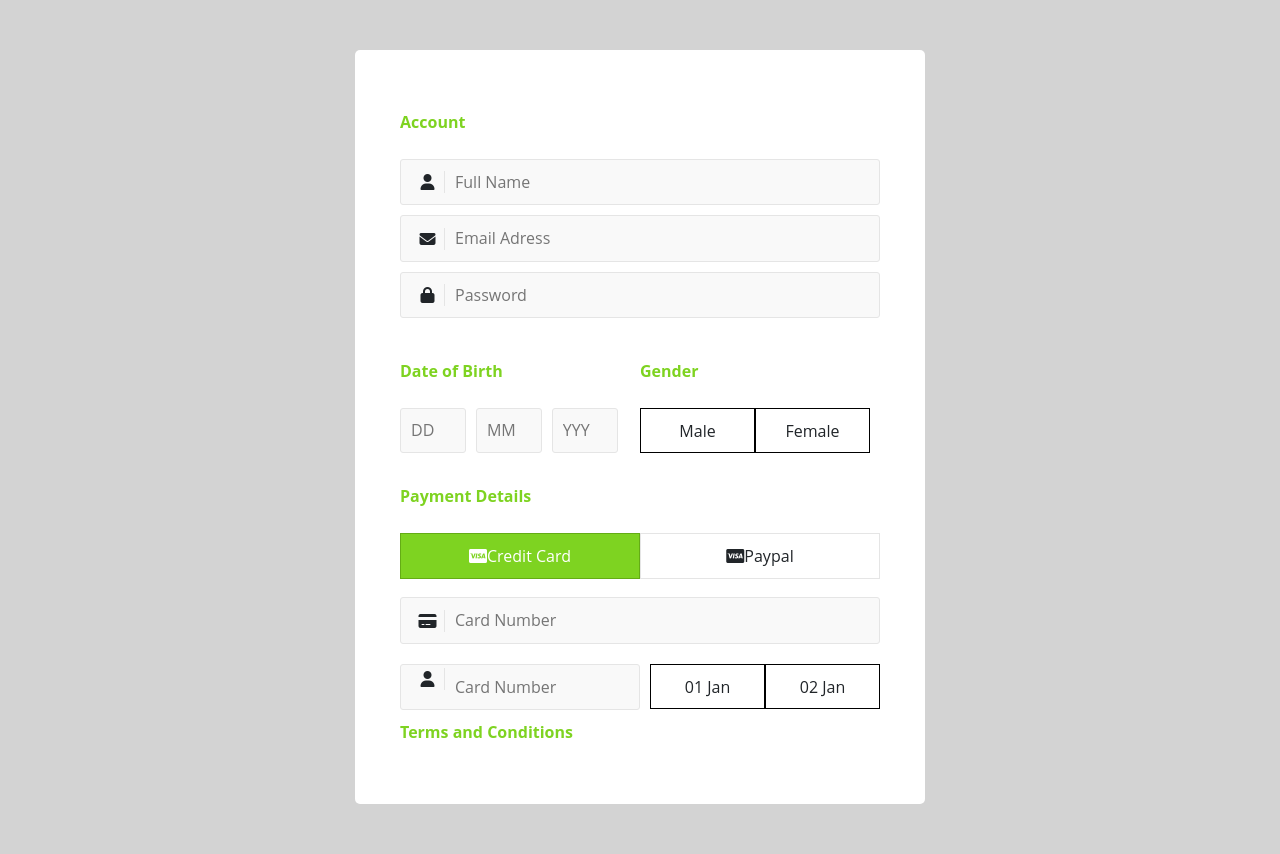
Repository: letrongtinh27/LapTrinhWeb
Page: Payment/index.html
The author's editor kept a copy of each file at every save. The page is drawn from the files as they stood at one save, then again after the next save.
The browser window is 1280 px wide. The pictures show the whole page.

Above is the page before, as saved 2022-10-11 22:06:40.

### Payment/index.html
<!DOCTYPE html>
<html lang="en">
<head>
    <meta charset="UTF-8">
    <meta http-equiv="X-UA-Compatible" content="IE=edge">
    <meta name="viewport" content="width=device-width, initial-scale=1.0">
    <title>Document</title>
    <link rel="stylesheet" href="./reset.css">
    <link rel="stylesheet" href="./style.css">
    <link rel="stylesheet" href="https://cdn.jsdelivr.net/npm/bootstrap@4.3.1/dist/css/bootstrap.min.css" integrity="sha384-ggOyR0iXCbMQv3Xipma34MD+dH/1fQ784/j6cY/iJTQUOhcWr7x9JvoRxT2MZw1T" crossorigin="anonymous">
    <link rel="stylesheet" href="https://cdnjs.cloudflare.com/ajax/libs/font-awesome/6.2.0/css/all.min.css" integrity="sha512-xh6O/CkQoPOWDdYTDqeRdPCVd1SpvCA9XXcUnZS2FmJNp1coAFzvtCN9BmamE+4aHK8yyUHUSCcJHgXloTyT2A==" crossorigin="anonymous" referrerpolicy="no-referrer" />
</head>
<body>
    <div class="payment">
        <form action="#" class="form-payment">
            <h4 class="title">Account</h4>
            <div class="form-group">
            <div class="form-item">
                <input type="text" placeholder="Full Name">
                <div class="icon icon-name">
                    <i class="fa-solid fa-user"></i>
                </div>
            </div>
            <div class="form-item">
                <input type="email" placeholder="Email Adress">
                <div class="icon icon-email">
                    <i class="fa-solid fa-envelope"></i>
                </div>
            </div>
            <div class="form-item">
                <input type="password" placeholder="Password">
                <div class="icon icon-pass">
                    <i class="fa-solid fa-lock"></i>
                </div>
            </div>
        </div>
        <div class="form-group2">
            <div class="group2">
                <h4 class="title">Date of Birth</h4>
                <div class="input-group">
                    <div class="item-input"> <input type="text" placeholder="DD"></div>
                    <div class="item-input"> <input type="text" placeholder="MM"></div>
                    <div class="item-input"> <input type="text" placeholder="YYY"></div>
                </div>
            </div>
            <div class="group2">
                <h4 class="title">Gender</h4>
                <div class="input-group">
                    <input type="radio" name="gender" value="male" id="gender-male" class="radio-input">
                    <label for="gender-male">Male</label>
                    <input type="radio" name="gender" id="gender-female" value="female"
                    class="radio-input">
                    <label for="gender-female">Female</label>
                </div>
            </div>

        </div>
        <div class="form-group3">
            <h4 class="title">Payment Details</h4>
            <div class="input-group3">
                <input type="radio" name="payment-method" value="card" id="payment-method-card" checked="true">
                <label for="payment-method-card"><span><i class="fa-brands fa-cc-visa"></i>Credit Card</span></label>
                <input type="radio" name="payment-method" value="paypal" id="payment-method-paypal">
                <label for="payment-method-paypal"> <span><i class="fa-brands fa-cc-visa"></i>Paypal</span></label>
              </div>
              <div class="form-item" style="margin-top: 10px;">
                <input type="text" placeholder="Card Number">
                <div class="icon icon-credit">
                    <i class="fa-sharp fa-solid fa-credit-card"></i>
                </div>
            </div>
            <div class="form-item" style="margin-top: 10px; width: 50%; float: left;">
                <input style="width: 190px;" type="text" placeholder="Card Number">
                <div class="icon icon-user2">
                    <i class="fa-solid fa-user"></i>
                </div>
            </div>
            <div class="input-group" style="width: 50%; float: right; margin-top: 10px; padding-left: 10px;">
                <input type="radio" name="day" value="01-jan" id="01-jan" class="radio-input">
                <label for="01-jan">01 Jan</label>
                <input type="radio" name="day" id="02-jan" value="02-jan"
                class="radio-input">
                <label for="02-jan">02 Jan</label>
            </div>
        </div>

        <div class="form-group4">
            <h4 class="title" style="margin-top: 30px">Terms and Conditions</h4>
        </div>
            <!-- <div class="form-item">
                <div class="card">
                    <input type="radio"> Credit Card
                    <i class="fa-brands fa-cc-visa"></i>
                </div>
                <div class="card">
                    <input type="radio"> Paypal
                    <i class="fa-brands fa-cc-paypal"></i>
                </div>
                </div> -->
                <!-- <div class="form-item">
                    <input type="text" placeholder="Card Number">
                    <div class="icon icon-card">
                        <i class="fa-solid fa-credit-card"></i>
                    </div>
                </div> -->
                <!-- <div class="form-item">
                   <div class="left">
                    <select name="" id="">
                        <option value="">01 Jan</option>
                        <option value="">02 Jan</option>
                    </select>
                    <select name="" id="">
                        <option value="">2015</option>
                        <option value="">2016</option>
                    </select>
                   </div>
                </div> -->
                <!-- <div class="form-item">
                    <h4 class="title">Terms and Conditions</h4>
                    <input type="radio">
                    <label for="">I accept the term and conditions for signing up to this service, and here by confirm i have read the privacy policy.</label>
                </div> -->
        </form>
    </div>
</body>
</html>

### Payment/style.css
/* https://codepen.io/josecarneiro/pen/Kwbapp @import: "libs/base.less"; */
body {
    font-family: 'Open Sans',sans-serif !important;
    background-color: lightgray !important;
}
.payment{
    width: 100%;
    max-width: 570px;
    margin: 50px auto;
    justify-content: center;
    align-items: center;
    display: flex;
    border-radius: 5px;
    background-color: #fff;
    padding: 35px 45px;
}
.form-payment{
    font-family: 'Open Sans',sans-serif;
}
.title{
    color: #7ed321;
    font-size: 16px;
    font-weight: bold;
    line-height: 1.5;
    margin: 25px 0px;
}
.form-group{
    position: relative;

}
.form-item, .item-input > input {
    width: 100%;
    padding: 10px;
    line-height: 1.4;
    border: 1px solid #e5e5e5;
    border-radius: 3px;
    background-color: #f9f9f9;
    margin-bottom: 10px;
}

.form-item > input{
    padding-left: 44px;
    border: 0;
    outline: none;
    background-color: #f9f9f9;
    margin: 0 auto;
}


.icon {
    display: block;
    position: absolute;
    width: 34px;
    text-align: center;
    border-right: 1px solid #e5e5e5;
}
.icon-name{
    top: 12px;
}
.icon-email{
    top: 69px;
}

.icon-pass {
    top: 125px;
}

.icon-card {
    top: 777px;
}

.form-group2 {
    display: block;
    width: 100%;
    height: 125px;
}

.group2 {
    padding-right: 10px;
    float: left;
    width: 50%;
}
.input-group{
    margin-bottom: 10px;
}
.item-input {
    padding-right: 10px;
    float: left;
    width: 33%;
    height: 53px;
}
.radio-input {
    display: none;
}

.input-group > label {
    display: inline-block;
    width: 50%;
    height: 45px;
    padding-top: 10px;
    text-align: center;
    float: left;
    border-radius: 0;
    border: 1px solid black;
}

input[type="radio"]:checked + label, input:checked + label:before, select:focus, select:active {
    background-color: #7ed321;
    color: #fff;
    border-color: #64ac15;
}
.input-group3 {
    display: flex;
}
.input-group3 > input{
    display: none;
}

.input-group3 > label{
    text-align: center;
    width: 50%;
    height: 53 px;
    border: 1px solid #e5e5e5;
    padding: 10px;
}

.icon-credit {
    top: 610px;
}

.icon-user2 {
    top: 668px;
}

Loaded but not shown: Payment/reset.css (common file)

After the next save:
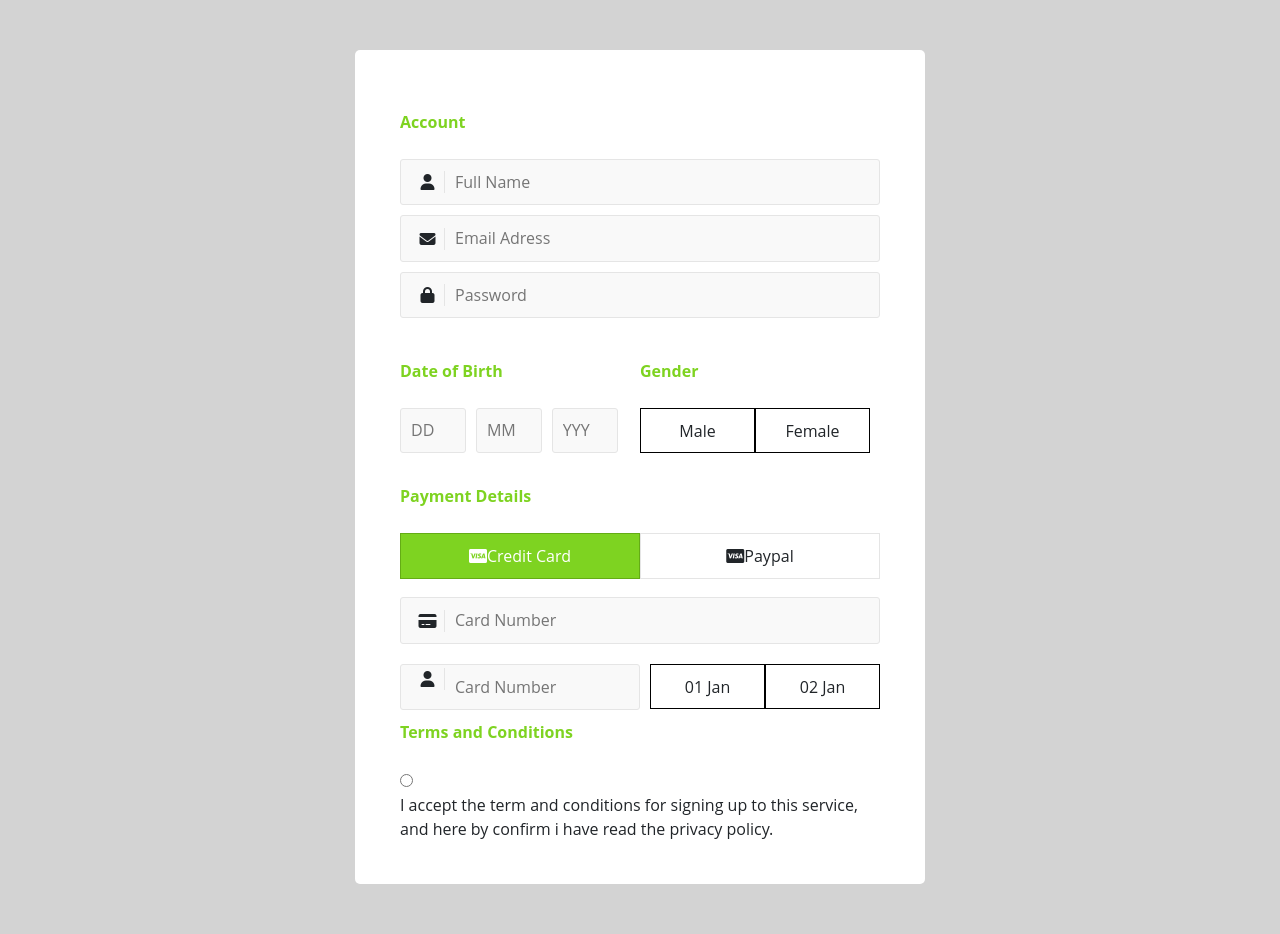
Saved 51 s later.
--- a/Payment/index.html
+++ b/Payment/index.html
@@ -86,40 +86,12 @@
 
         <div class="form-group4">
             <h4 class="title" style="margin-top: 30px">Terms and Conditions</h4>
+            <div class="input_group">
+                <input type="radio">
+                    <label for="">I accept the term and conditions for signing up to this service, and here by confirm i have read the privacy policy.</label>
+            </div>
         </div>
-            <!-- <div class="form-item">
-                <div class="card">
-                    <input type="radio"> Credit Card
-                    <i class="fa-brands fa-cc-visa"></i>
-                </div>
-                <div class="card">
-                    <input type="radio"> Paypal
-                    <i class="fa-brands fa-cc-paypal"></i>
-                </div>
-                </div> -->
-                <!-- <div class="form-item">
-                    <input type="text" placeholder="Card Number">
-                    <div class="icon icon-card">
-                        <i class="fa-solid fa-credit-card"></i>
-                    </div>
-                </div> -->
-                <!-- <div class="form-item">
-                   <div class="left">
-                    <select name="" id="">
-                        <option value="">01 Jan</option>
-                        <option value="">02 Jan</option>
-                    </select>
-                    <select name="" id="">
-                        <option value="">2015</option>
-                        <option value="">2016</option>
-                    </select>
-                   </div>
-                </div> -->
-                <!-- <div class="form-item">
-                    <h4 class="title">Terms and Conditions</h4>
-                    <input type="radio">
-                    <label for="">I accept the term and conditions for signing up to this service, and here by confirm i have read the privacy policy.</label>
-                </div> -->
+
         </form>
     </div>
 </body>
